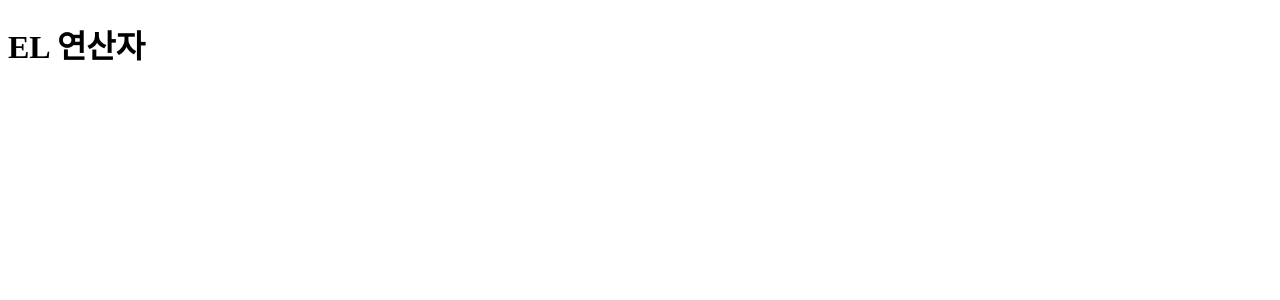
Repository: hailey-516/servlet
Page: http://localhost/3_elAction/operator.do
These files come from the project's save history. The page is drawn as it stood at one moment and after the next save; the edit follows.
The browser window is 1280 px wide. The pictures show the whole page.
The page is served by Tomcat 9.

Above is the page before, as saved 2024-08-26 03:40:36.

After the next save:
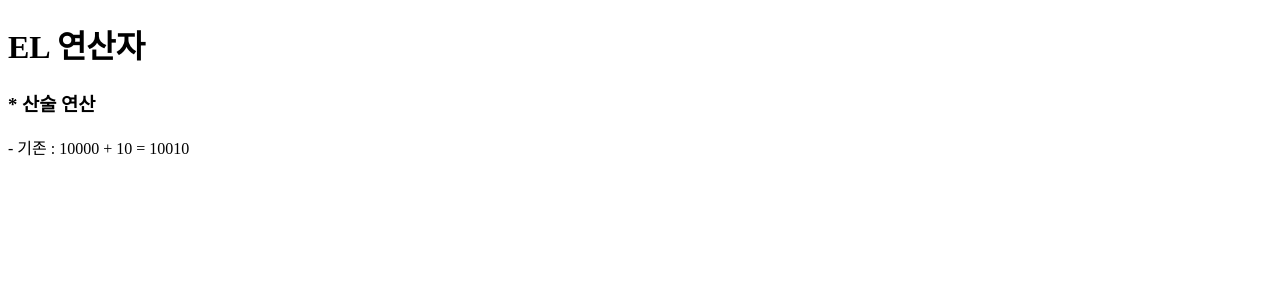
Saved 86 min 42 s later.
--- a/3_elAction/src/main/webapp/views/1_EL/02_elOperator.jsp
+++ b/3_elAction/src/main/webapp/views/1_EL/02_elOperator.jsp
@@ -8,5 +8,9 @@
 </head>
 <body>
 	<h1>EL 연산자</h1>
+
+	<h3>* 산술 연산</h3>
+	- 기존 : 10000 + 10 = <%= (int)request.getAttribute("big") + (int)request.getAttribute("small") %>
+
 </body>
 </html>
